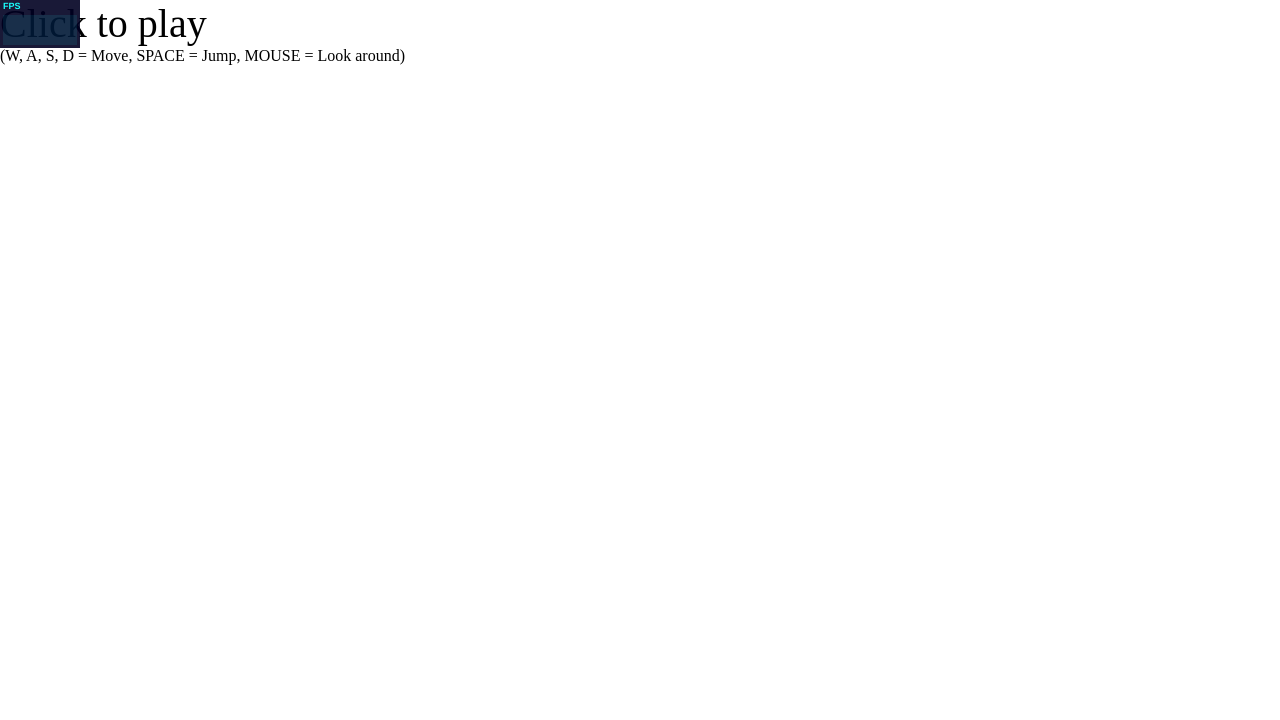
Repository: cxleb/cxleb.github.io
Page: jsapps/threegame/index.html
The author's editor kept a record of every edit. The page is drawn from the files as they stood at one moment, then again after the next edit.
The browser window is 1280 px wide. The pictures show the whole page.

Above is the page before.
Console error: ReferenceError: init is not defined

After the next edit:
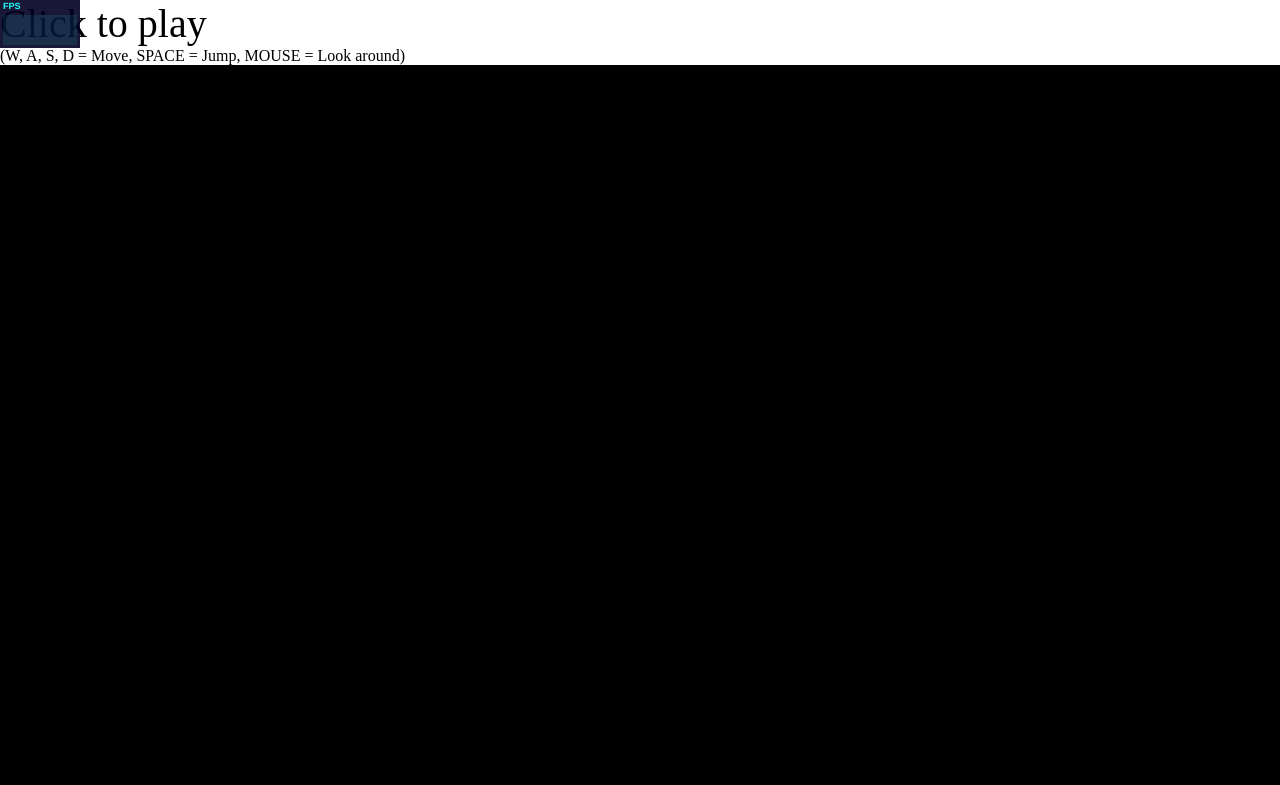
Console error: ReferenceError: addObject is not defined
Not found: jsapps/threegame/js/controls.min.js
The edit:
--- a/jsapps/threegame/index.html
+++ b/jsapps/threegame/index.html
@@ -10,6 +10,10 @@
 		<script src="js/lib/three.min.js"></script>
 		<script src="js/lib/stats.min.js"></script>
 		<script src="js/lib/PointerLockControls.js"></script>
+
+		<script src="js/main.js"></script>
+		<script src="js/controls.min.js"></script>
+
 
 
 		<div id="blocker">

After the edit that followed:
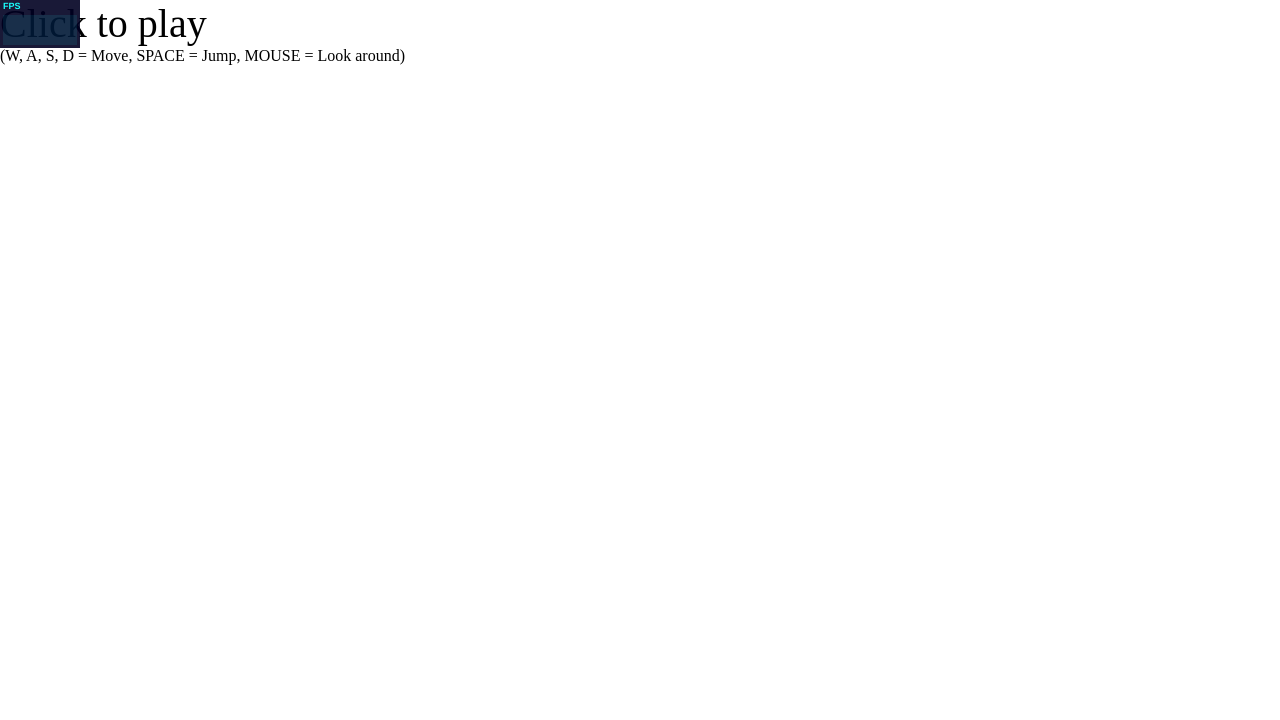
Console error: ReferenceError: setupControls is not defined
The edit:
--- a/jsapps/threegame/index.html
+++ b/jsapps/threegame/index.html
@@ -34,6 +34,8 @@
 			stats.showPanel( 0 ); // 0: fps, 1: ms, 2: mb, 3+: custom
 			document.body.appendChild( stats.dom );
 
+
+			setupControls();
 			init();
 			animate();
 
